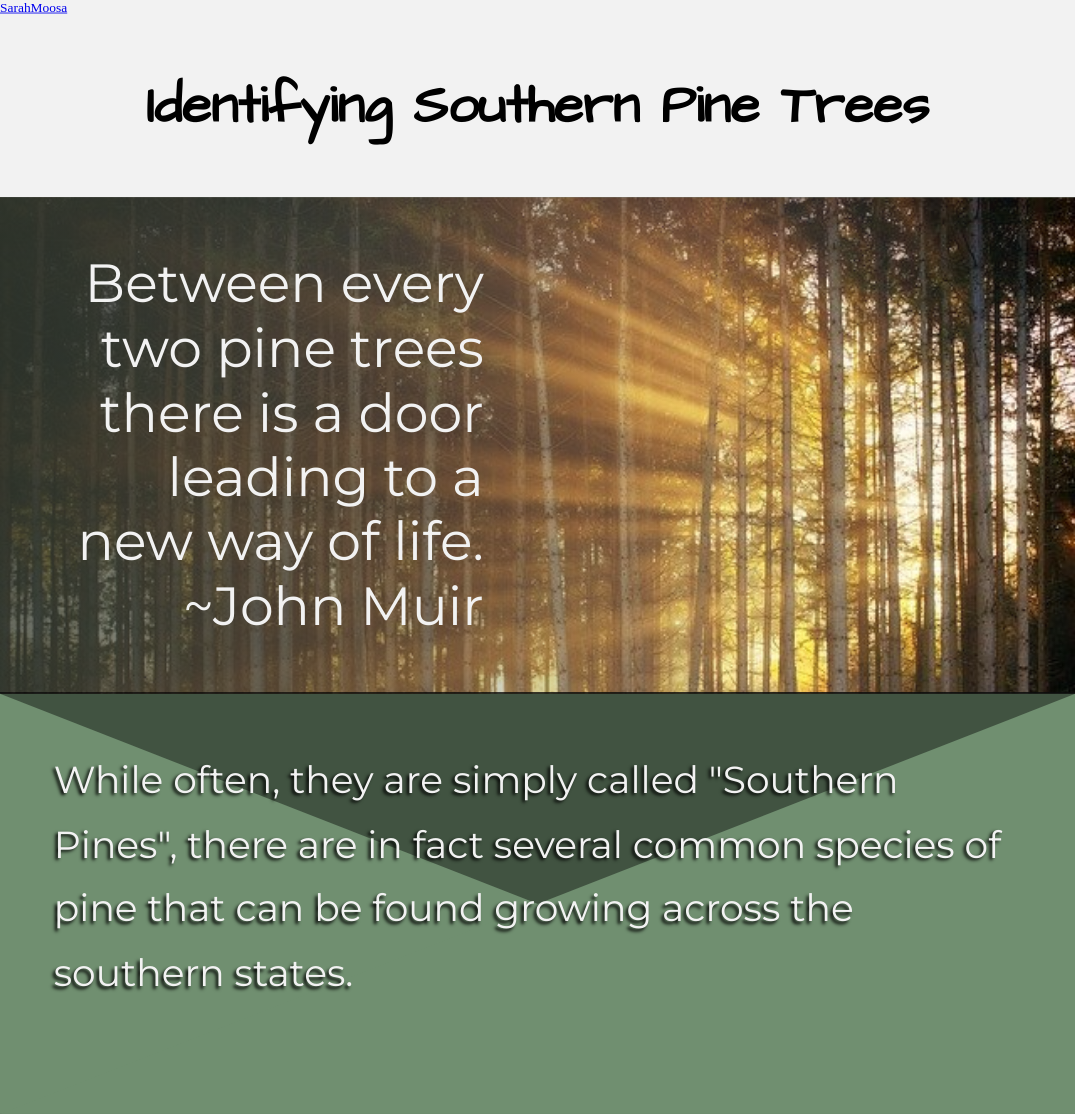
Repository: Sbethm/louisianaPineTrees
Page: pine_main.html
An editor plug-in stored every save of this project. The page is shown before and after a run of saves, followed by the edit.
The browser window is 1280 px wide. The pictures show the whole page, at 84% of full size.
The style sheet was rebuilt from its Sass, Less or Tailwind sources for each picture, by a compiler version that may differ from the author's.

Above is the page before, as saved 2021-09-23 13:56:03.

After the next 2 saves:
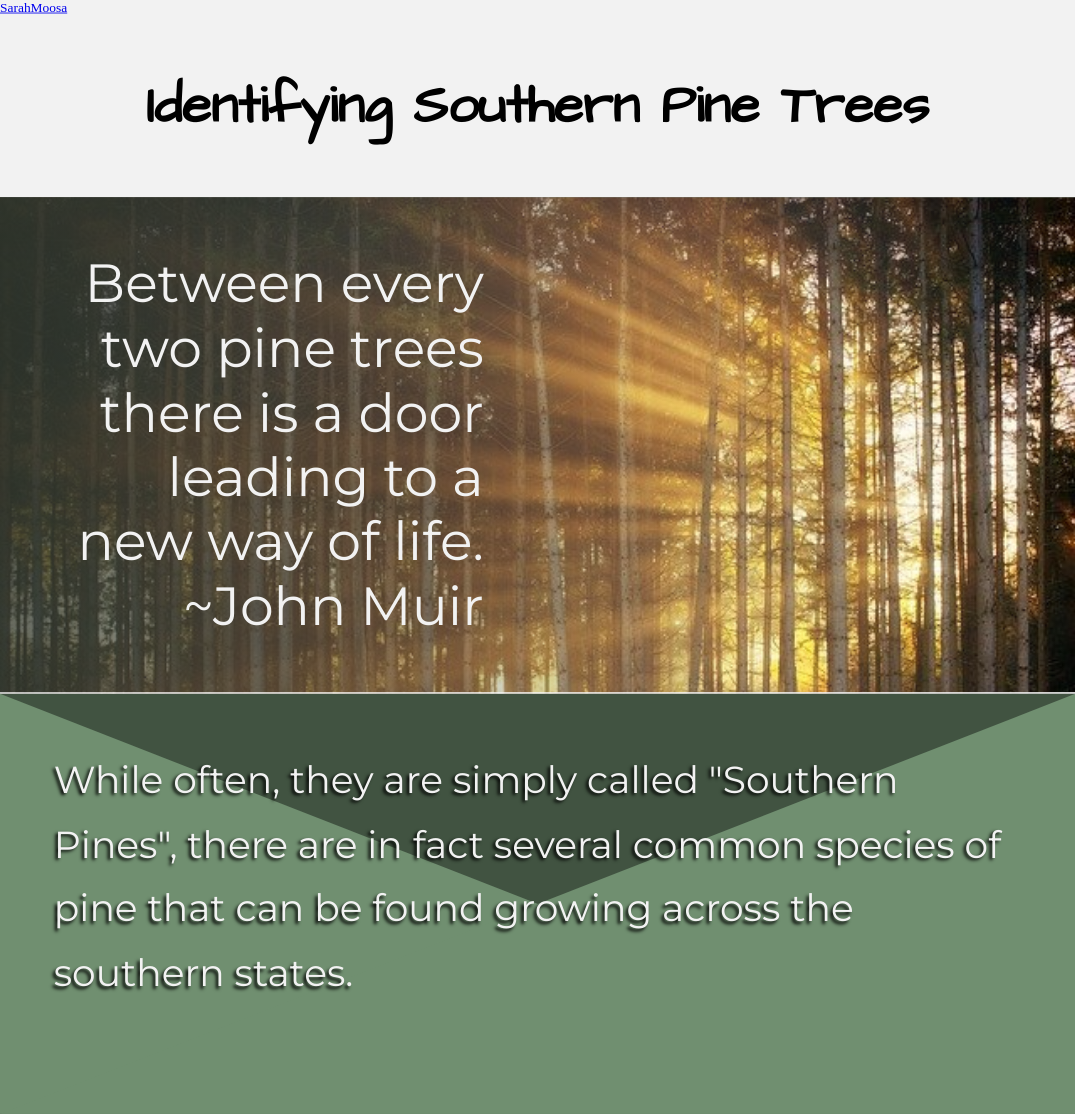
The 2 saves are shown as one change because they came seconds apart.
The last was saved 23 min 48 s later.
--- a/src/scss/main.scss
+++ b/src/scss/main.scss
@@ -44,7 +44,7 @@ p {
     background-image: url(../img/forest-pine.jpg);
     background-repeat: no-repeat;
     background-size: cover;
-    border-bottom: 2px solid $acColorDr;
+    border-bottom: 2px solid $mainColorLi;
 }
 
 .quote {
